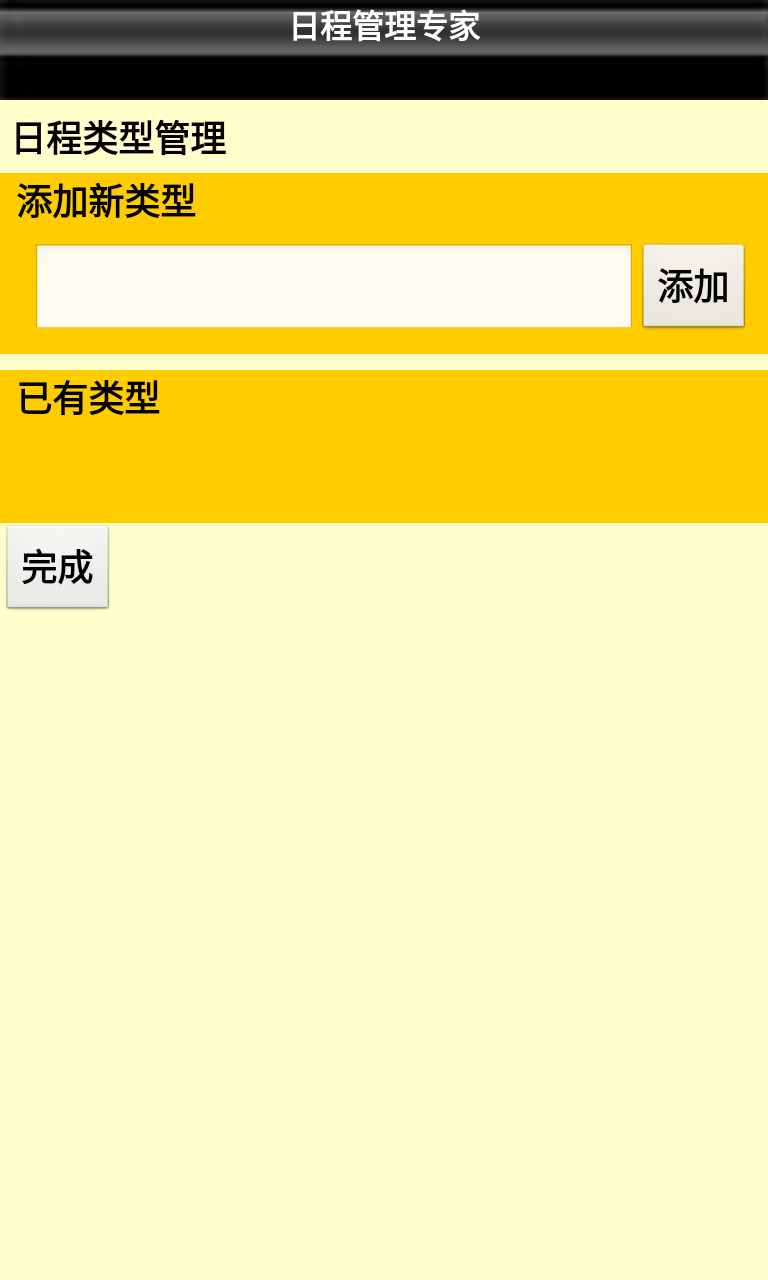
Repository: gogolaile/CoolWeather
Layout: DayDel/res/layout/add.xml
The author's editor kept a copy of each file at every save. The layout is drawn from the files as they stood at one save, then again after the next save.
It is drawn on a 768 x 1280 px phone screen (xhdpi) without system bars, with theme android:Theme.NoTitleBar.Fullscreen; the app's code is not run. Lists and similar views that code fills are empty.

Above is the layout before, as saved 2015-12-07 02:56:18.

After the next save:
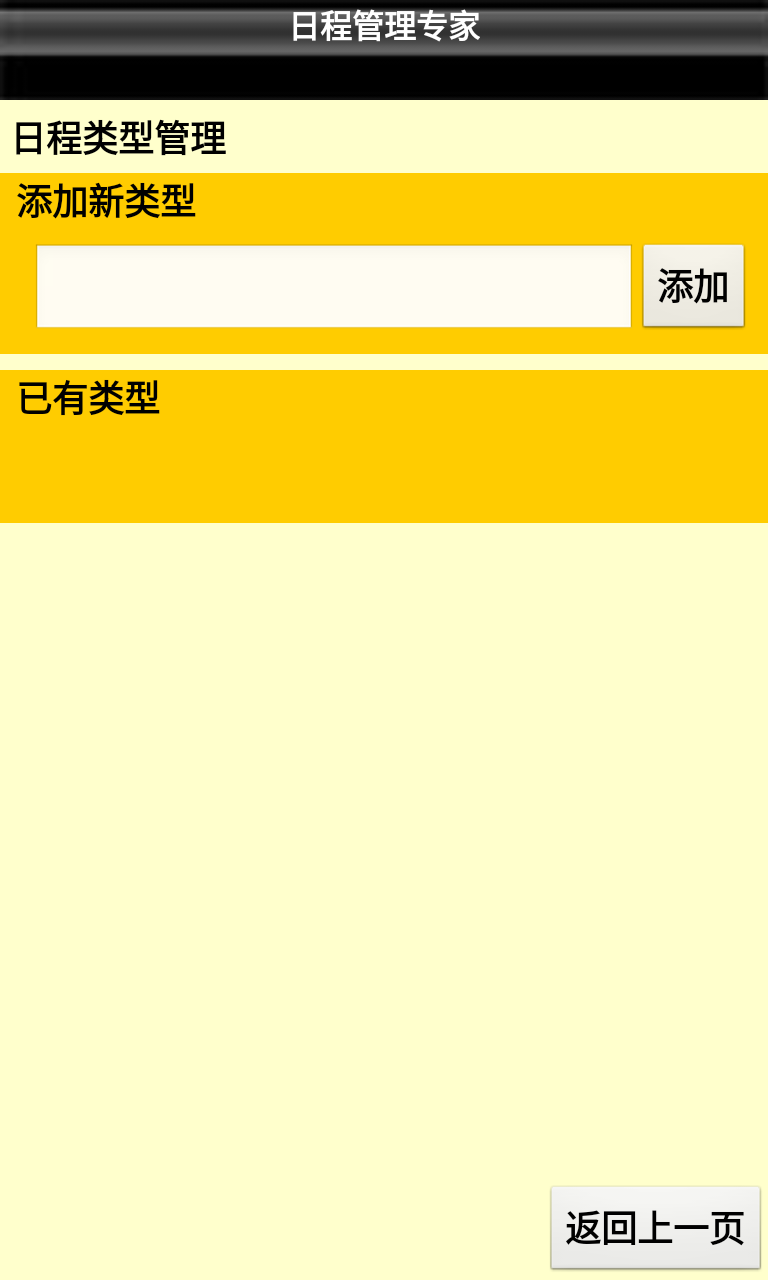
Saved 17 min 14 s later.
--- a/DayDel/res/layout/add.xml
+++ b/DayDel/res/layout/add.xml
@@ -90,13 +90,19 @@
              android:layout_marginBottom="50dp">
      </ListView>
      </LinearLayout>
+     <RelativeLayout
+          android:layout_width="match_parent"
+          android:layout_height="match_parent">
      <Button
+         android:id="@+id/back_add"
          android:layout_width="wrap_content"
          android:layout_height="wrap_content"
-         android:text="@string/complete"
+         android:text="@string/comeback"
          android:textColor="#000"
          android:textStyle="bold"
          android:textSize="18sp"
-
+         android:layout_alignParentBottom="true"
+         android:layout_alignParentRight="true"
          />
+     </RelativeLayout>
 </LinearLayout>
